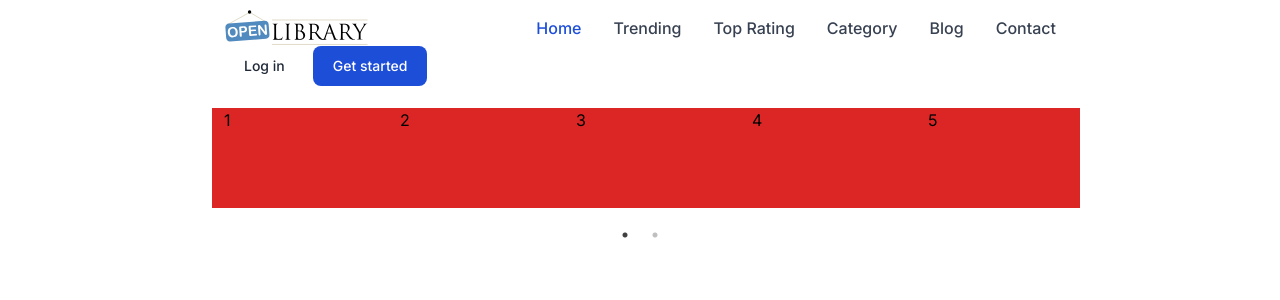
Repository: XuanKhanhHoang/Library-System-Frontend
Page: /
The author's editor kept a copy of each file at every save. The page is drawn from the files as they stood at one save, then again after the next save.
The browser window is 1280 px wide. The pictures show the whole page.
The project was rebuilt for these pictures with package versions that can differ from the ones it lists, and the page was loaded fresh each time. The framework's server and built-in components were replaced by stand-ins that run in the browser. Also part of the build but not shown: next.config.mjs.

Above is the page before, as saved 2024-09-22 15:17:44.

### src/app/layout.tsx
import type { Metadata } from "next";
import { Inter } from "next/font/google";
import "./globals.css";
import "slick-carousel/slick/slick.css";
import "slick-carousel/slick/slick-theme.css";

const inter = Inter({ subsets: ["latin"] });

export const metadata: Metadata = {
  title: "Create Next App",
  description: "Generated by create next app",
};

export default function RootLayout({
  children,
}: Readonly<{
  children: React.ReactNode;
}>) {
  return (
    <html lang="en">
      <body className={inter.className}>
        <div className="mx-[200px]">
          <header>
            <nav className="bg-white border-gray-200 px-4 lg:px-6 py-2.5 dark:bg-gray-800">
              <div className="flex flex-wrap items-center justify-between max-w-screen-xl mx-auto">
                <img
                  src="./openlibrary-logo-tighter.svg"
                  className="h-6 mr-3 sm:h-9"
                  alt="Flowbite Logo"
                />
                <div className="flex items-center lg:order-2">
                  <a
                    href="#"
                    className="text-gray-800 dark:text-white hover:bg-gray-50 focus:ring-4 focus:ring-gray-300 font-medium rounded-lg text-sm px-4 lg:px-5 py-2 lg:py-2.5 mr-2 dark:hover:bg-gray-700 focus:outline-none dark:focus:ring-gray-800"
                  >
                    Log in
                  </a>
                  <a
                    href="#"
                    className="text-white bg-primary-700 hover:bg-primary-800 focus:ring-4 focus:ring-primary-300 font-medium rounded-lg text-sm px-4 lg:px-5 py-2 lg:py-2.5 mr-2 dark:bg-primary-600 dark:hover:bg-primary-700 focus:outline-none dark:focus:ring-primary-800"
                  >
                    Get started
                  </a>
                  <button
                    data-collapse-toggle="mobile-menu-2"
                    type="button"
                    className="inline-flex items-center p-2 ml-1 text-sm text-gray-500 rounded-lg lg:hidden hover:bg-gray-100 focus:outline-none focus:ring-2 focus:ring-gray-200 dark:text-gray-400 dark:hover:bg-gray-700 dark:focus:ring-gray-600"
                    aria-controls="mobile-menu-2"
                    aria-expanded="false"
                  >
                    <span className="sr-only">Open main menu</span>
                    <svg
                      className="w-6 h-6"
                      fill="currentColor"
                      viewBox="0 0 20 20"
                      xmlns="http://www.w3.org/2000/svg"
                    >
                      <path
                        fill-rule="evenodd"
                        d="M3 5a1 1 0 011-1h12a1 1 0 110 2H4a1 1 0 01-1-1zM3 10a1 1 0 011-1h12a1 1 0 110 2H4a1 1 0 01-1-1zM3 15a1 1 0 011-1h12a1 1 0 110 2H4a1 1 0 01-1-1z"
                        clip-rule="evenodd"
                      ></path>
                    </svg>
                    <svg
                      className="hidden w-6 h-6"
                      fill="currentColor"
                      viewBox="0 0 20 20"
                      xmlns="http://www.w3.org/2000/svg"
                    >
                      <path
                        fill-rule="evenodd"
                        d="M4.293 4.293a1 1 0 011.414 0L10 8.586l4.293-4.293a1 1 0 111.414 1.414L11.414 10l4.293 4.293a1 1 0 01-1.414 1.414L10 11.414l-4.293 4.293a1 1 0 01-1.414-1.414L8.586 10 4.293 5.707a1 1 0 010-1.414z"
                        clip-rule="evenodd"
                      ></path>
                    </svg>
                  </button>
                </div>
                <div
                  className="items-center justify-between hidden w-full lg:flex lg:w-auto lg:order-1"
                  id="mobile-menu-2"
                >
                  <ul className="flex flex-col mt-4 font-medium lg:flex-row lg:space-x-8 lg:mt-0">
                    <li>
                      <a
                        href="#"
                        className="block py-2 pl-3 pr-4 text-white rounded bg-primary-700 lg:bg-transparent lg:text-primary-700 lg:p-0 dark:text-white"
                        aria-current="page"
                      >
                        Home
                      </a>
                    </li>
                    <li>
                      <a
                        href="#"
                        className="block py-2 pl-3 pr-4 text-gray-700 border-b border-gray-100 hover:bg-gray-50 lg:hover:bg-transparent lg:border-0 lg:hover:text-primary-700 lg:p-0 dark:text-gray-400 lg:dark:hover:text-white dark:hover:bg-gray-700 dark:hover:text-white lg:dark:hover:bg-transparent dark:border-gray-700"
                      >
                        Trending
                      </a>
                    </li>
                    <li>
                      <a
                        href="#"
                        className="block py-2 pl-3 pr-4 text-gray-700 border-b border-gray-100 hover:bg-gray-50 lg:hover:bg-transparent lg:border-0 lg:hover:text-primary-700 lg:p-0 dark:text-gray-400 lg:dark:hover:text-white dark:hover:bg-gray-700 dark:hover:text-white lg:dark:hover:bg-transparent dark:border-gray-700"
                      >
                        Top Rating
                      </a>
                    </li>
                    <li>
                      <a
                        href="#"
                        className="block py-2 pl-3 pr-4 text-gray-700 border-b border-gray-100 hover:bg-gray-50 lg:hover:bg-transparent lg:border-0 lg:hover:text-primary-700 lg:p-0 dark:text-gray-400 lg:dark:hover:text-white dark:hover:bg-gray-700 dark:hover:text-white lg:dark:hover:bg-transparent dark:border-gray-700"
                      >
                        Category
                      </a>
                    </li>
                    <li>
                      <a
                        href="#"
                        className="block py-2 pl-3 pr-4 text-gray-700 border-b border-gray-100 hover:bg-gray-50 lg:hover:bg-transparent lg:border-0 lg:hover:text-primary-700 lg:p-0 dark:text-gray-400 lg:dark:hover:text-white dark:hover:bg-gray-700 dark:hover:text-white lg:dark:hover:bg-transparent dark:border-gray-700"
                      >
                        Blog
                      </a>
                    </li>
                    <li>
                      <a
                        href="#"
                        className="block py-2 pl-3 pr-4 text-gray-700 border-b border-gray-100 hover:bg-gray-50 lg:hover:bg-transparent lg:border-0 lg:hover:text-primary-700 lg:p-0 dark:text-gray-400 lg:dark:hover:text-white dark:hover:bg-gray-700 dark:hover:text-white lg:dark:hover:bg-transparent dark:border-gray-700"
                      >
                        Contact
                      </a>
                    </li>
                  </ul>
                </div>
              </div>
            </nav>
          </header>
          {children}
        </div>
      </body>
    </html>
  );
}

### src/app/page.tsx
"use client";
import React, { useRef, useState } from "react";
import Slider from "react-slick";
import "slick-carousel/slick/slick.css";
import "slick-carousel/slick/slick-theme.css";

export default function Home() {
  var settings = {
    dots: true,
    infinite: false,
    speed: 500,
    slidesToShow: 5,
    slidesToScroll: 4,
    initialSlide: 0,
    responsive: [
      {
        breakpoint: 1024,
        settings: {
          slidesToShow: 3,
          slidesToScroll: 3,
          infinite: true,
          dots: true,
        },
      },
      {
        breakpoint: 600,
        settings: {
          slidesToShow: 2,
          slidesToScroll: 2,
          initialSlide: 2,
        },
      },
      {
        breakpoint: 480,
        settings: {
          slidesToShow: 1,
          slidesToScroll: 1,
        },
      },
    ],
  };
  const object = [1, 2, 3, 4, 5, 6, 7, 8];
  return (
    <div className="slider-container">
      <Slider {...settings}>
        {object.map((i, index) => (
          <div className="w-[100px] h-[100px] bg-red-600 m-3 px-3" key={index}>
            <h1>{i}</h1>
          </div>
        ))}
      </Slider>
    </div>
  );
}

### src/app/globals.css
@tailwind base;
@tailwind components;
@tailwind utilities;

* {
  box-sizing: border-box;
  padding: 0;
  margin: 0;
}

.swiper {
  width: 100%;
  height: 100%;
}

.swiper-slide {
  text-align: center;
  font-size: 18px;
  background: #fff;

  /* Center slide text vertically */
  display: flex;
  justify-content: center;
  align-items: center;
}

.swiper-slide img {
  display: block;
  width: 100%;
  height: 100%;
  object-fit: cover;
}

### tailwind.config.js
/** @type {import('tailwindcss').Config} */
module.exports = {
  content: ["./src/**/*.{js,ts,jsx,tsx,mdx}"],
  theme: {
    extend: {
      colors: {
        primary: {
          50: "#eff6ff",
          100: "#dbeafe",
          200: "#bfdbfe",
          300: "#93c5fd",
          400: "#60a5fa",
          500: "#3b82f6",
          600: "#2563eb",
          700: "#1d4ed8",
          800: "#1e40af",
          900: "#1e3a8a",
          950: "#172554",
        },
      },
    },
  },
  fontFamily: {
    body: [
      "Inter",
      "ui-sans-serif",
      "system-ui",
      "-apple-system",
      "system-ui",
      "Segoe UI",
      "Roboto",
      "Helvetica Neue",
      "Arial",
      "Noto Sans",
      "sans-serif",
      "Apple Color Emoji",
      "Segoe UI Emoji",
      "Segoe UI Symbol",
      "Noto Color Emoji",
    ],
    sans: [
      "Inter",
      "ui-sans-serif",
      "system-ui",
      "-apple-system",
      "system-ui",
      "Segoe UI",
      "Roboto",
      "Helvetica Neue",
      "Arial",
      "Noto Sans",
      "sans-serif",
      "Apple Color Emoji",
      "Segoe UI Emoji",
      "Segoe UI Symbol",
      "Noto Color Emoji",
    ],
  },
  plugins: [],
};

After the next save:
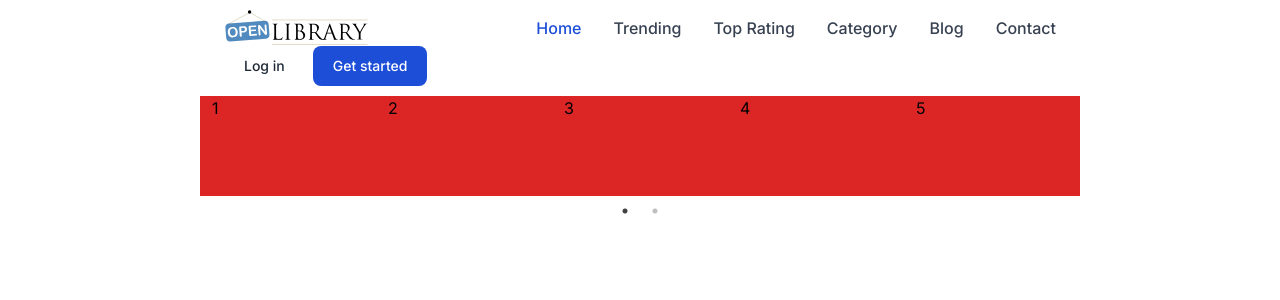
Saved 69 s later.
--- a/src/app/page.tsx
+++ b/src/app/page.tsx
@@ -44,7 +44,7 @@
     <div className="slider-container">
       <Slider {...settings}>
         {object.map((i, index) => (
-          <div className="w-[100px] h-[100px] bg-red-600 m-3 px-3" key={index}>
+          <div className="w-[100px] h-[100px] bg-red-600 px-3" key={index}>
             <h1>{i}</h1>
           </div>
         ))}
